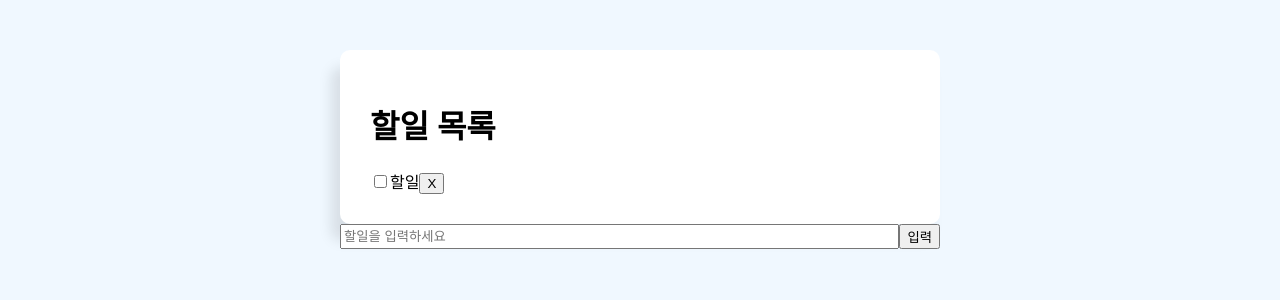
Repository: siwon9898/react-learn
Page: /
An editor plug-in stored every save of this project. The page is shown before and after the next save, followed by the edit.
The browser window is 1280 px wide. The pictures show the whole page.
The project was rebuilt for these pictures with package versions that can differ from the ones it lists, and the page was loaded fresh each time.

Above is the page before, as saved 2023-03-29 15:04:19.

After the next save:
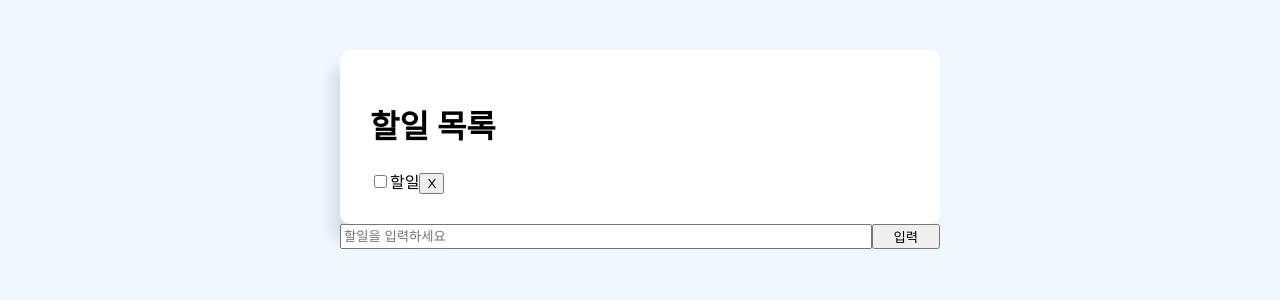
Saved 11 s later.
--- a/src/App.js
+++ b/src/App.js
@@ -125,7 +125,7 @@ export default class App extends React.Component {
             type="text"
             placeholder="할일을 입력하세요"
           />
-          <input type="submit" value="입력" />
+          <input style={{ flex: 1 }} type="submit" value="입력" />
         </form>
       </div>
     );
